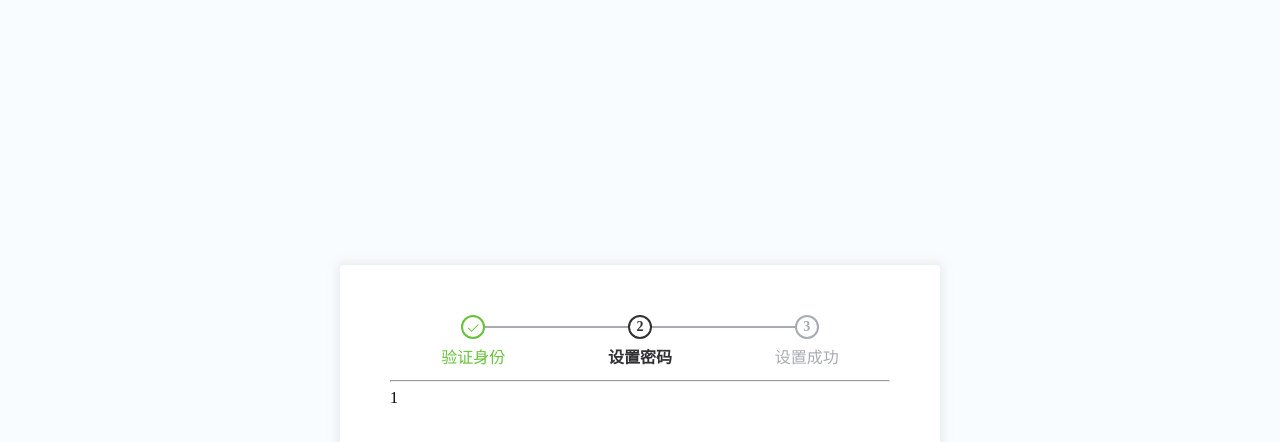
Repository: Harmony-camp/ckw-manager
Page: /#/ForgotPassword (app in manage/)
These files come from the project's save history. The page is drawn as it stood at one moment and after the next save; the edit follows.
The browser window is 1280 px wide. The pictures show the whole page.
The project was rebuilt for these pictures with package versions that can differ from the ones it lists, and the page was loaded fresh each time. Also part of the build but not shown: manage/vite.config.js.

Above is the page before, as saved 2023-05-27 10:17:59.

After the next save:
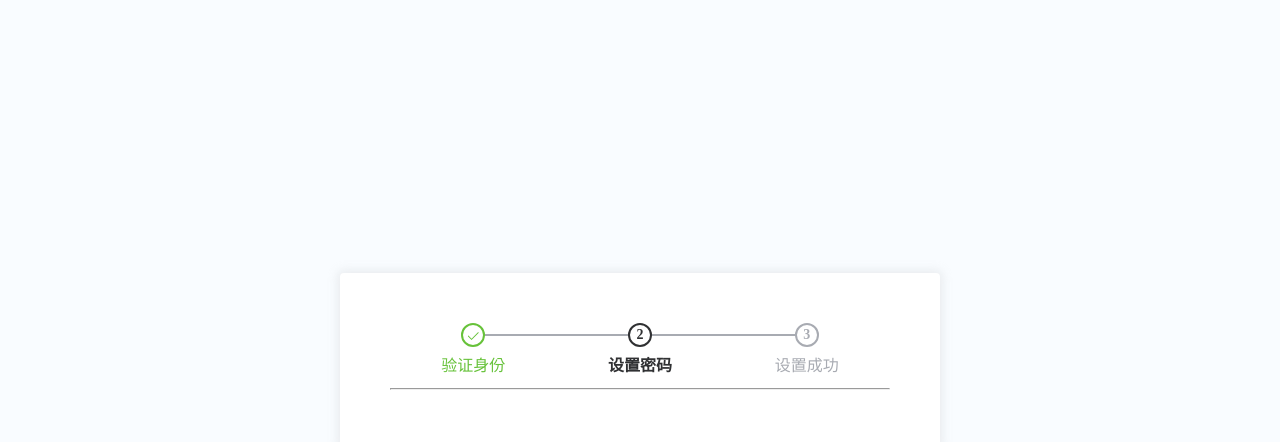
Saved 48 s later.
--- a/manage/src/views/login/ForgotPassword.vue
+++ b/manage/src/views/login/ForgotPassword.vue
@@ -8,7 +8,9 @@
       </el-steps>
       <hr />
       <div class="main">
-        <div class="setIdentity" v-if="active == 1">1</div>
+        <div class="setIdentity" v-if="active == 1">
+
+        </div>
         <div class="setPassword" v-if="active == 2">2</div>
         <div class="success" v-if="active == 3">3</div>
       </div>
